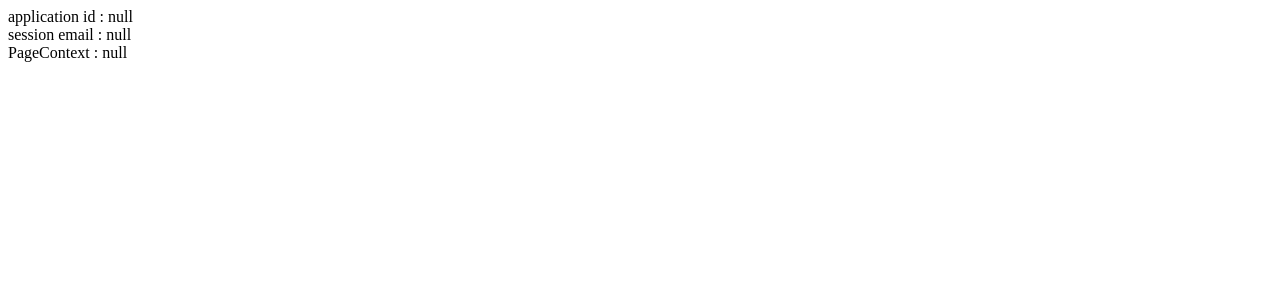
Repository: gitgw016/jsp
Page: http://localhost/09_scope/attrTest3.jsp
These files come from the project's save history. The page is drawn as it stood at one moment and after the next save; the edit follows.
The browser window is 1280 px wide. The pictures show the whole page.
The page is served by Tomcat 9.

Above is the page before, as saved 2021-12-08 07:00:29.

### 09_scope/src/main/webapp/attrTest3.jsp
<%@ page language="java" contentType="text/html; charset=UTF-8"
    pageEncoding="UTF-8"%>
<!DOCTYPE html>
<html>
<head>
<meta charset="UTF-8">
<title>attrTest3.jsp</title>
</head>
<body>
	application id : <%=application.getAttribute("id") %><br/>
	session email : <%=session.getAttribute("email") %><br/>
	PageContext : <%=pageContext.getAttribute("pageContextId") %>
	<br/>
</body>
</html>

After the next save:
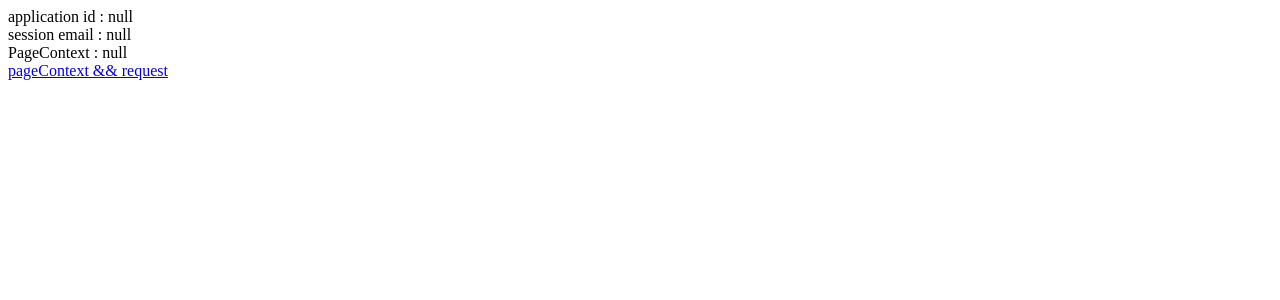
Saved 20 s later.
--- a/09_scope/src/main/webapp/attrTest3.jsp
+++ b/09_scope/src/main/webapp/attrTest3.jsp
@@ -11,5 +11,6 @@
 	session email : <%=session.getAttribute("email") %><br/>
 	PageContext : <%=pageContext.getAttribute("pageContextId") %>
 	<br/>
+	<a href="attrTest4.jsp">pageContext &amp;&amp; request</a>
 </body>
 </html>
